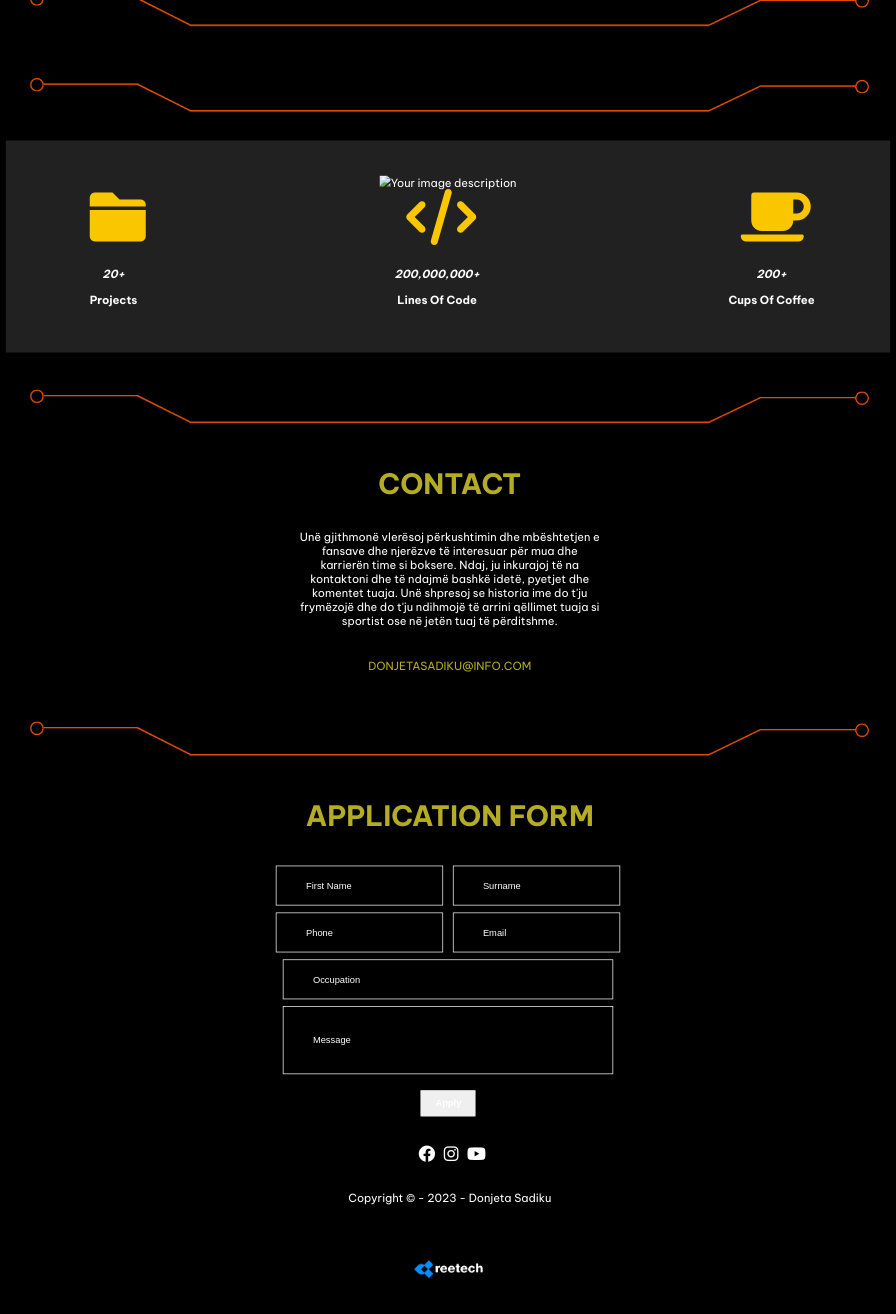
Repository: milot-morina/ds-boxing
Page: DS-Portfolio/index.html
These files come from the project's save history. The page is drawn as it stood at one moment and after the next save; the edit follows.
The browser window is 1280 px wide. The pictures show the part of the page from y = 2662 to 4582 px (the page is 4539 px tall before and 5081 px after), at 70% of full size.
A picture or video elsewhere on the page could not be fetched, so the positions and the page height are approximate.

Above is the page before, as saved 2023-03-21 10:21:04.
Not found: DS-Portfolio/your-image-url.jpg

### DS-Portfolio/index.html
<!DOCTYPE html>
<html lang="en">
<head>
  <meta charset="UTF-8">
  <meta http-equiv="X-UA-Compatible" content="IE=edge">
  <meta name="viewport" content="width=device-width, initial-scale=1.0">
  <title>Donjeta Sadiku</title>
  <link rel="stylesheet" href="style.css">
  <link rel="stylesheet" href="https://cdnjs.cloudflare.com/ajax/libs/font-awesome/6.0.0-beta2/css/all.min.css" integrity="sha512-YWzhKL2whUzgiheMoBFwW8CKV4qpHQAEuvilg9FAn5VJUDwKZZxkJNuGM4XkWuk94WCrrwslk8yWNGmY1EduTA==" crossorigin="anonymous" referrerpolicy="no-referrer" />
  <link rel="icon" href="logofinal.png" type="image/icon type" style="width: 100%;">
  <link href="https://fonts.googleapis.com/css2?family=Be+Vietnam+Pro:wght@400;500;700&display=swap" rel="stylesheet">
</head>
<body>

  <section class="section1" id="home">
    <video muted autoplay loop style="pointer-events: none;">
      <source src="DS-Glitch.mp4" type="video/mp4">
    </video>
    <header class="hidden3">
      <div class="container">
        <nav class="navbar">
          <div class="brand-title">
            <img src="unitetiLogoFinal.png" alt="" width="130px">
          </div>
          <a href="#" class="toggle-button">
            <span class="bar"></span>
            <span class="bar"></span>
            <span class="bar"></span>
          </a>
          <div class="navbar-links">
            <ul>
              <li><a href="#home" class="home-btn">HOME</a></li>
              <li><a href="#club" class="header-club">CLUB</a></li>
              <li><a href="#contact" class="header-link a">CONTACT</a></li>
              <li><a href="#form" class="header-link a">FORM</a></li>
            </ul>
            <div class="socials">
            <i class="fa-brands fa-facebook"><a href="https://www.youtube.com/watch?v=dQw4w9WgXcQ"></a></i>
            <i class="fa-brands fa-instagram"></i>
            <i class="fa-brands fa-youtube"></i>
            <i class="fa-brands fa-app-store-ios"></i>
          </div>
          </div>

        </nav>
      </div>
    </header>
  </section>


  <img src="separator2.png" alt="" width="100%" style="margin-top: 40px;" class="first-seperator">


  <section class="section2 container row" id="club">

    <div class="images hidden2">
      <img src="handsUp.jpg" alt="">
    </div>
    <div class="text hidden">
      <p class="section-h hidden3">HISTORIA SHKRUHET!</p>
      <p class="section2-p hidden3">Nuk ka fjalë për t'u shprehur se sa krenare isha për të përfaqësuar vendin tim në skenën dhe për të marrë medalje ne kete nivel. Ishte një ndjenjë e mrekullueshme të përfaqësosh vendin tënd dhe të ndjehesh si një ambasador i saj në arenën nderkombetare.</p>
      <p class="section2-p hidden3">Në çdo moment të kësaj përvojeje, isha e mbuluar nga emocionet për rëndësinë që kjo ngjarje kishte për popullin tim dhe për boksierët shqiptarë. Nuk ishte thjesht një fitore personale, por ishte një fitore që përfaqësoi përparimin e boksi shqiptar dhe mundësinë e një të ardhme të ndritshme për sportin në vendin tonë.</p>
      <p class="section2-p hidden3">Kur mora medaljen olimpike, ndjeva një ndjenjë të thellë krenarie dhe një ndjesi të vërtetë prej triumfi. Ishte si të isha i gjithë vendlindja ime, duke festuar këtë arritje të madhe me mua. Nuk mund të mendoja për ndonjë gjë më të rëndësishme në atë moment, dhe do të mbaj gjithmonë këtë kujtim në zemrën time.</p>

    </div>

  </section>

  <img src="separator2.png" alt="" width="100%" style="margin-top: 30px;">


  <section class="section3 container">
    <p class="section-h">MEDALJET FLASIN VET!</p>
   <div class="row">
    <div class="text hidden2">
      <p>Viti me i suksesshem ne karrieren time . Solla dy medalje nje evropiane e një botërore. Dëshmova që une Donjeta Sadiku nuk dorërzohem asnjëher përkundrazi nuk kam dyshuar asnjëherë në veten time, mirpo tani po ndihem e kompletuar nën udhëheqjen e trajneres time Marjola Sallauka .</p>
      <p>Tash e tutje luftoj vetëm për medalje Olimpike. Unë besoj në vetën time dhe ju premtoj që me përkrahjen tuaj unë do ti realizoj këto synime . Faleminderit për përkrahje familjes time, Federatës së Boksit. Faleminderit trajnerës Marjola Sallauka për mjeshtërinë që tregon me punën e saj.</p>
    </div>
    <div class="images hidden">
      <img src="DplusMar.jpg" alt="" style="max-width: 640px;">
    </div>
   </div>

  </section>








  <img src="separator2.png" alt="" width="100%" style="margin-top: 30px;">




  <section class="section4 container" id="nft">
    <p class="section-h hidden3">HOLD THE VISION, TRUST THE PROCESS</p>
    <div class="row">
      <div class="text hidden2" style="text-align: left">
        <p>Unë jam Donjeta Sadiku, një boksere shqiptare që i kam kushtuar jetën sportit, e rritur në Prishtinë, Kosovë,
        </p>
        <p>Që nga një moshë e re, e dija se dëshiroja të bëhesha një boksere.Pavarësisht sfidave të shumta në rrugën time, nuk u dorëzova kurrë nga ëndrra ime.
        </p>
        <p>Me ndihmën e trajneres sime të përkushtuar, arrita të tejkalova edhe pengesat më të vështira qe të bëhesha një nga boksieret kryesore të femrave në Kosovë.</p>
      </div>
      <div class="hidden3">
        <div class="column">
          <img src="profilePic.png" alt="" style="width: 300px;">
          <!-- <img src="shadow.png" alt="" style="width: 300px;"> -->
        </div>
      </div>
      <div class="text hidden">
        <p>Punë e palodhshme dhe përkushtimi im iu kthye në mënyrë të mire kur përfaqësova vendin tim në Lojërat Olimpike të vitit 2020 në Tokyo, Japoni, duke fituar medaljen e parë të vendit tim në boksin e femrave.</p>
        <p>Pavarësisht konkurrencës së fortë nga disa nga boksieret më të mira të botës, luftova me të gjithë zemrën dhe shpirtin tim, duke fituar medaljen e parë të vendit tim në boksin e femrave.
        </p>
        <p>
          Mundohem te jem një shembull për gratë dhe vajzat kudo, duke treguar punë të palodhshme dhe përkushtim dhe vendosmeri, çdo gjë është e mundur.
        </p>
      </div>
    </div>

  </section>

  <img src="separator2.png" alt="" width="100%" style="margin-top: 30px;">
  <img src="separator2.png" alt="" width="100%" style="margin-top: 30px;">
  <!-- ktu section i ri -->
  <section class="fun-facts text-center">
    <div class="container">
      <div class="col-md-6">
        <img src="your-image-url.jpg" alt="Your image description">
      </div>

      <div class="row">
        <div class="col-md-3">
          <i class="fa fa-folder fa-5x"></i>
          <p class="number">20+</p>
          <p>Projects</p>
        </div>

        <div class="col-md-3">
          <i class="fa fa-code fa-5x"></i>
          <p class="number">200,000,000+</p>
          <p>Lines Of Code</p>
        </div>
        <div class="col-md-3">
          <i class="fa fa-coffee fa-5x"></i>
          <p class="number">200+</p>
          <p>Cups Of Coffee</p>
        </div>
      </div>
    </div>
  </section>


  <!-- perfunduon -->
  <img src="separator2.png" alt="" width="100%" style="margin-top: 30px;">

  <section class="section5 container" id="contact">
    <div class="text">
      <p class="section-h">CONTACT</p>
      <p>Unë gjithmonë vlerësoj përkushtimin dhe mbështetjen e fansave dhe njerëzve të interesuar për mua dhe karrierën time si boksere. Ndaj, ju inkurajoj të na kontaktoni dhe të ndajmë bashkë idetë, pyetjet dhe komentet tuaja. Unë shpresoj se historia ime do t'ju frymëzojë dhe do t'ju ndihmojë të arrini qëllimet tuaja si sportist ose në jetën tuaj të përditshme.</p>
      <p style="color: #B4AC25; margin-top: 45px;">DONJETASADIKU@INFO.COM</p>
    </div>
  </section>






 <img src="separator2.png" alt="" width="100%" style="margin-top: 30px;">

  <section class="section6 container" id="form">
    <div class="text">
      <p class="section-h">APPLICATION FORM</p>
    </div>
    <form action="#">
      <div class="form-row">
        <input type="text" placeholder="First Name">
        <input type="text"placeholder="Surname">
      </div>
      <div class="form-row">
        <input type="text" placeholder="Phone">
        <input type="email" placeholder="Email">
      </div>
      <div class="long-inputs-form">
        <input type="text" placeholder="Occupation"><br>
        <input type="text" placeholder="Message" style="padding-block: 40px;">
      </div>
    </form>
    <button class="home-btn">Apply</button>
    <div class="socials" style="margin-block: 40px;">
      <a href="https://www.facebook.com/your-page"><i class="fa-brands fa-facebook"></i></a>
      <a href="https://www.instagram.com/donjetasadikuofficial/"><i class="fa-brands fa-instagram"></i></a>
      <a href="https://www.youtube.com/channel/your-channel"><i class="fa-brands fa-youtube"></i></a>
      <!-- <a href="https://apps.apple.com/your-app"><i class="fa-brands fa-app-store-ios"></i></a> -->
    </div>


    <div class="text" style="margin-bottom: 40px;">
      <p>Copyright © - 2023 - Donjeta Sadiku </p>
    </div>


    <div style="background-color: rgba(0, 0, 0, 0.2); display: flex; justify-content: center; align-items: center;">
      <a class="navbar-brand" href="https://www.reetech.ch/">
        <img src="reetech.png" width="185" height="105" class="d-inline-block align-top" alt="">
      </a>
    </div>

  </section>




  <script src="script.js"></script>
</body>
</html>

### DS-Portfolio/style.css
html {
  scroll-behavior: smooth;
  transition: 2s;
  overflow-x: hidden;
}

body {
  text-align: center;
  overflow-x: hidden;
  font-family: 'Be Vietnam Pro', sans-serif;
  background-color: black !important;
}

/* header----*/


/*  */



/* #Fun Facts
================================================================================= */
.fun-facts{background:#212121; padding:50px; margin-top:20px; color:#fff;}
.fun-facts i{color:#fac600; margin-bottom:15px; margin-right:0;}
.fun-facts i:hover{color:#fac600;}
.fun-facts p{font-weight:bold;}
p.number{font-style:italic;}
/*  */


header {
  background-color: transparent;
  width: 100%;
  position: absolute;
  top: 0;
  left: 0;

  z-index: 100;
}


.navbar {
  display: flex;
  flex-direction: column;
  justify-content: space-between;
  align-items: flex-start;
  color: black;
}



.navbar-links {
  width: 100%;
  display: none;
}

.navbar-links ul {
  margin: 0;
  padding: 0;
  display: flex;
  flex-direction: column;
  width: 100%;
  text-align: center;
}

.navbar-links li {
  list-style: none;
  font-size: 15px;

}

.navbar-links li a {
  text-decoration: none;
  color: white;

  display: block;
}


.toggle-button {
  position: absolute;
  top: .75rem;
  right: 1rem;
  display: flex;
  flex-direction: column;
  justify-content: space-between;
  width: 31px;
  height: 21px;
}

.bar {
  width: 100%;
  height: 3px;
  background-color: white;
  border-radius: 10px;
}

.navbar-links.active {
  display: flex;
  flex-direction: column;
  background-color: transparent;
}

i {
  color: white;
}

i:hover {
  color: #B4AC25;
  cursor: pointer;
}



video {
  width: 100%;
  position: relative;
  height: auto;
  pointer-events: none;
  display: none;
}



.socials {
  width: 47%;
  display: block;
  margin: 5px auto;
  text-align: center;
}

i {
  margin-left: 12px;
  font-size: 24px;
}


.header-club {
  color: white;
  padding-inline: 10px;
  margin-top: 5px;
  max-width: 80px;
  display: block;
  margin-inline: auto;
  font-weight: 700;
}


.header-club:hover {
  color: white;
  border-color: #B4AC25;

}

.home-btn {
  color: white;
  padding-inline: 10px;
  margin-top: 5px;
  max-width: 80px;
  display: block;
  margin-inline: auto;
  font-weight: 700;
}

.home-btn:hover {
  color: white;
  border-color: white;
  background-color: transparent;
  cursor: pointer;
}


.header-link {
  color: white;
  padding-inline: 10px;
  margin-top: 5px;
  max-width: 80px;
  display: block;
  margin-inline: auto;
  font-weight: 700;
}

.header-link:hover {
  color: #B4AC25;
}

a {
  position: relative;
}

a::after {
  content: " ";
  position: absolute;
  background-color: #B4AC25;
  height: 3px;
  width: 0;
  left: 0;
  bottom: -10px;
  transition: 0.3s;
}

a:hover::after {
  width: 100%;
}





/*---------------header-----------*/




/*---------------------- collapsible table ------------------------*/

.main-collapsible {
  background-color: transparent;
  color: black;
  width: 100%;
  margin-inline: auto;
  margin-block: 120px 40px;
}



.container-collapsible {
  width: 100%;
  margin: 0 auto;
  display: flex;
  flex-direction: column;
  align-items: center;
}


hr {
  background-color: white;
  width: 90%;
  display: block;
  margin-inline: auto;
}



.collapsible-button {
  background-color: rgb(24, 24, 24);
  color: gray;
  cursor: pointer;
  padding: 5px;
  width: 93%;
  border-bottom: 1px solid white;
  display: flex;
  align-items: center;
  justify-content: space-between;
  text-align: left;
  outline: none;
  font-size: 15px;
  border: none;
}





.button-name-collapsible {
  color: white;
  text-align: left;
  outline: none;
  font-size: 16px;

}


.button-name-collapsible:hover {
  color: #B4AC25;
}



.collapsible-button:after {
  content: '\002B';
  color: white;
  font-weight: bold;
  float: right;
  margin-left: 5px;
  font-size: 24px;
}

.collapsible-button:hover::after{
  color: #B4AC25;
}

.active:after {
  content: "\2212";
}

.content {
  width: 93%;
  max-height: 0;
  overflow: hidden;
  transition: max-height 0.2s ease-out;
  background-color:  rgb(24, 24, 24);
  color: white;
  margin-bottom: 10px;
}

/*---------------------- collapsible table ------------------------*/



/*----------animations------------*/

.hidden {
  opacity: 0;
  filter: blur(2px);
  transform: translateX(60%);
  transition: all 700ms;
}


.hidden2 {
  opacity: 0;
  filter: blur(2px);
  transform: translateX(-60%);
  transition: all 700ms;
}

.hidden3 {
  opacity: 0;
  filter: blur(2px);
  transform: translateY(-5%);
  transition: all .7s;
}



.show {
  opacity: 1;
  filter: blur(0);
  transform: translateX(0);
}


@media(prefers-reduced-motion) {
  .hidden {
    transition: none;
  }
}

/*--------------animations------------------*/


/*---------main---------------*/

body {
  background-color: black;

}


.container {
  width: 90%;
  margin: 0 auto;
}



.first-seperator {
  display: none;
}

@media(min-width: 687px) and (max-width: 900px) {
  .column {
    display: flex;
    flex-direction: column;
    width: 100%;
    margin-left: 28%;
  }
}


.row2 {
  display: flex;
  align-items: center;
  justify-content: space-between;
}

.section2 {
  margin-top: 70px;
}

.section2 img {
  width: 80%;
  max-width: 500px;
  display: block;
  margin-inline: auto;
}

.text {
  color: white;
  max-width: 440px;
  display: block;
  margin-inline: auto;
}

.text p {
  font-weight: 400;
  margin-left: 5px;
}

.text .section-h,
.section-h {
  font-size: clamp(2.15rem, 2.5rem, 3.2rem);
  color: #B4AC25;
  font-weight: 700;
}

.images img {
  max-width: 550px;
  width: 100%;
}

.section3 .images img {
  width: 100%;
}


input {
  background-color: transparent;
  color: white;
  border: 1px solid white;
  padding: 20px 30px;
  margin: 5px;
  max-width: 410px;
}

input::placeholder {
  color: white;
  padding: 12px;
}

.long-inputs-form > input{
  width: 170px;
}

.section6 button{
  margin-top: 17px;
  padding: 10px 20px;
}

.section6 .socials{
  justify-content: center;
}



@media (min-width: 555px) {
  video {
    display: block;
  }

  .long-inputs-form > input{
    width: 470px;
  }

}


@media(min-width: 865px) {


  .toggle-button {
    display: none;
  }

  .navbar {
    flex-direction: row;
    align-items: center;
    justify-content: space-between;
  }

  .navbar-links  {
    display: flex;
    width: 100%;
    align-items: center;
  }

  .navbar-links ul {
    flex-direction: row;
    justify-content: center;
  }

  .navbar-links.active {
    flex-direction: row;
  }

  .socials {
    width: 6%;
    display: flex;
    justify-content: right;
  }

  .header-club {
    margin-left: 14px;
  }

}





@media (min-width: 900px) {
  .row {
    display: flex;
    justify-content: space-between;
    align-items: center;
  }

  .div {
    display: flex;
    justify-content: space-between;
    align-items: center;
    width: 100%;
    margin: 0 auto;
  }


  .long-inputs-form > input{
    width: 470px;
  }

}







/*---------------main-------------*/

### DS-Portfolio/script.js
const toggleButton = document.getElementsByClassName('toggle-button')[0]
const navbarLinks = document.getElementsByClassName('navbar-links')[0]

toggleButton.addEventListener('click', () => {
  navbarLinks.classList.toggle('active')
})





const observer = new IntersectionObserver((entries) => {
  entries.forEach((entry) => {
    console.log(entry)
    if (entry.isIntersecting) {
      entry.target.classList.add('show')
    } else {
      entry.target.classList.remove('show')
    }
  })
})

const hiddenElements = document.querySelectorAll('.hidden')
const hiddenElements2 = document.querySelectorAll('.hidden2')
const hiddenElements3 = document.querySelectorAll('.hidden3')
hiddenElements.forEach((el) => observer.observe(el))
hiddenElements2.forEach((el) => observer.observe(el))
hiddenElements3.forEach((el) => observer.observe(el))






//collapbsibleTable
let coll = document.getElementsByClassName("collapsible-button");
let i;

for (i = 0; i < coll.length; i++) {
  coll[i].addEventListener("click", function() {
    this.classList.toggle("active");
    let content = this.nextElementSibling;
    if (content.style.maxHeight){
      content.style.maxHeight = null;
    } else {
      content.style.maxHeight = content.scrollHeight + "px";
    }
  });
}

After the next save:
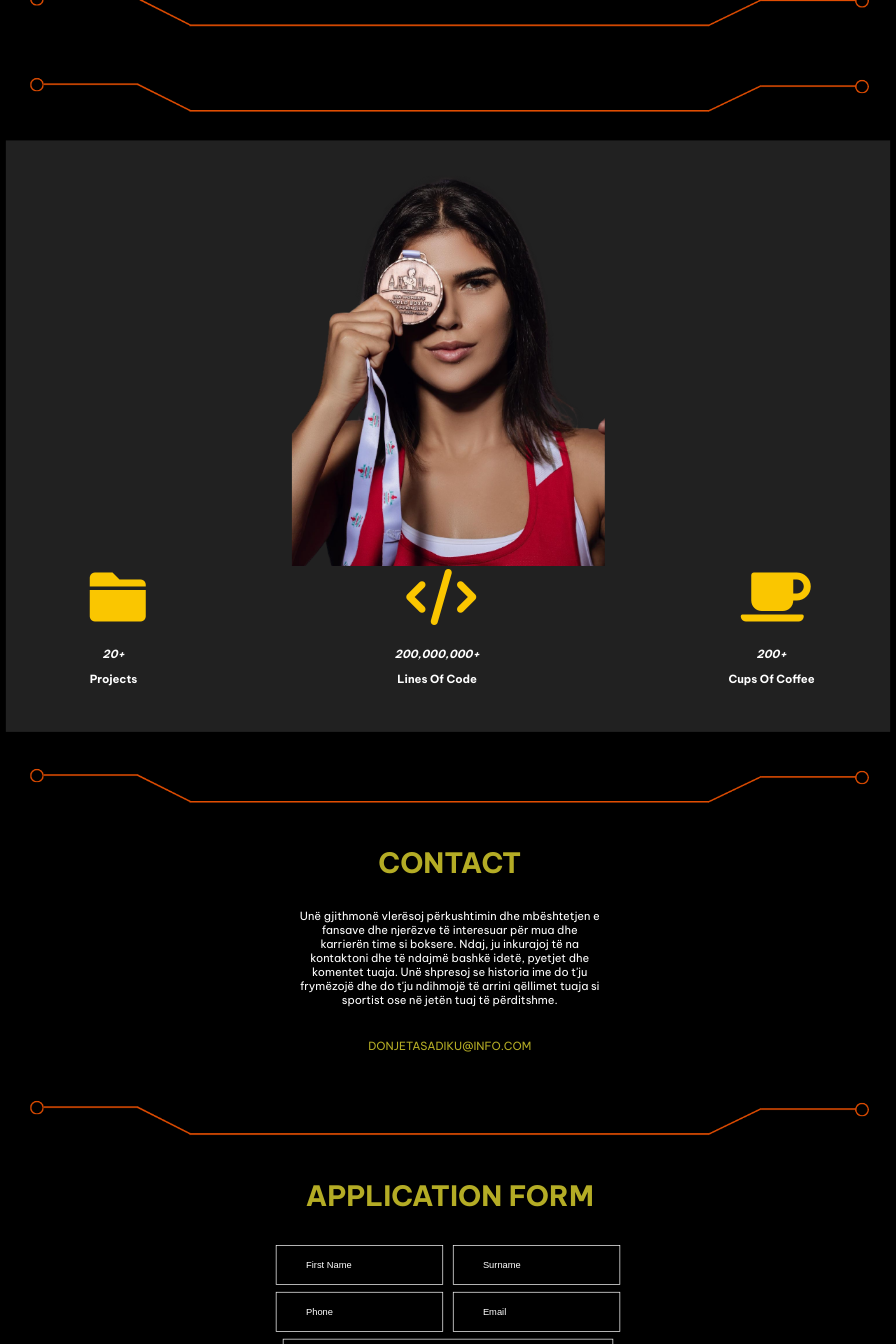
Saved 3 min 38 s later.
--- a/DS-Portfolio/index.html
+++ b/DS-Portfolio/index.html
@@ -129,7 +129,7 @@
   <section class="fun-facts text-center">
     <div class="container">
       <div class="col-md-6">
-        <img src="your-image-url.jpg" alt="Your image description">
+        <img src="medalje-removebg-preview.png" alt="Your image description">
       </div>
 
       <div class="row">
